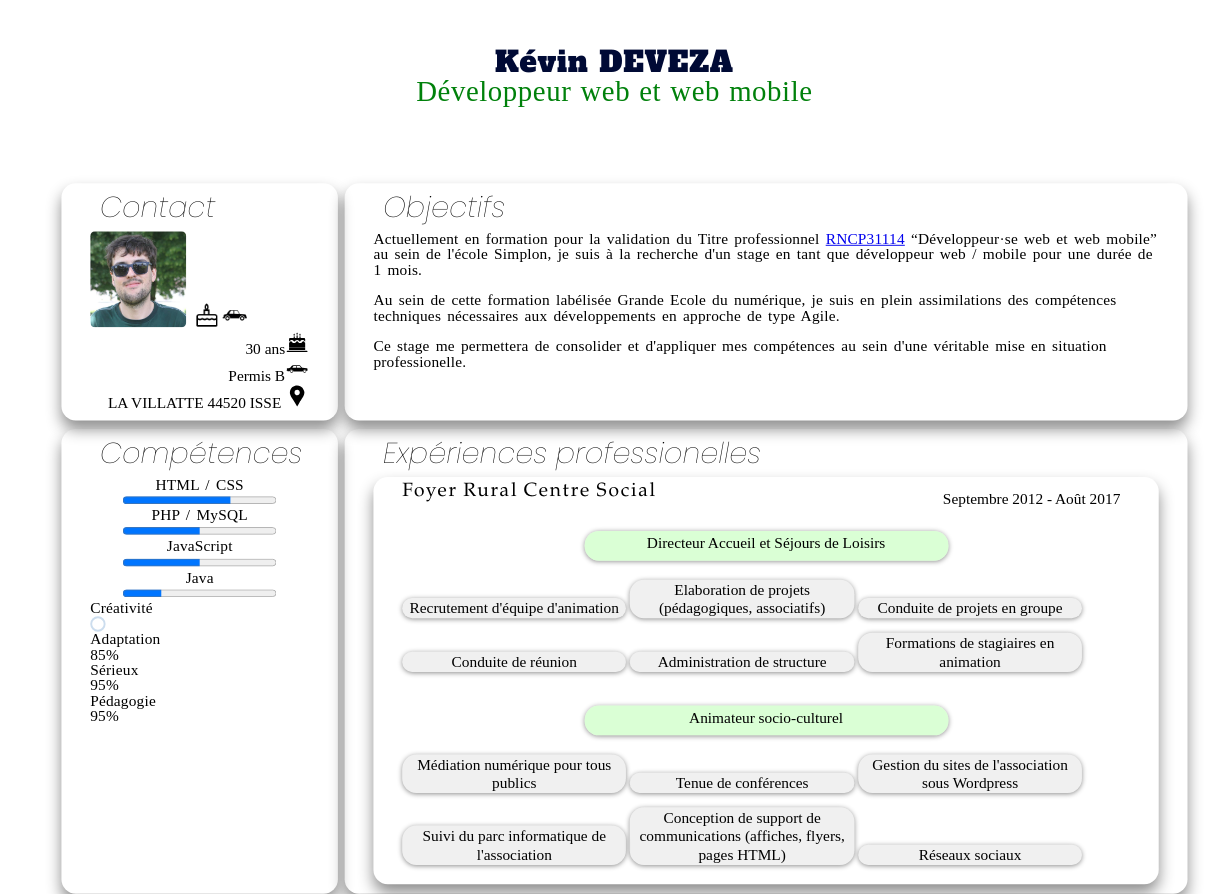
Repository: KevinDvZ/kevindvz.github.io
Page: index.html
The author's editor kept a copy of each file at every save. The page is drawn from the files as they stood at one save, then again after the next save.
The browser window is 1280 px wide. The pictures show the whole page, at 96% of full size.

Above is the page before, as saved 2020-10-31 16:33:48.

### index.html
<!DOCTYPE html>
<html>
    <!--HEADER-->
<head>
    <title id="nomprenom">DEVEZA Kevin - Développeur Web et Web mobile.</title>
        <meta charset="utf-8" />
        <meta name="description" contents="CV de Kévin DEVEZA, développeur web  et web mobile junior."/>
        <link rel="stylesheet" href="css/cv_deveza.css" />
        <link rel="stylesheet" href="css/reset.css"/>
        <link href="https://fonts.googleapis.com/css2?family=Alfa+Slab+One&display=swap" rel="stylesheet">
        <link href="https://fonts.googleapis.com/css2?family=Abril+Fatface&display=swap" rel="stylesheet">
        <link href="https://fonts.googleapis.com/css2?family=Poppins:ital,wght@1,100&display=swap" rel="stylesheet">
        <meta name="viewport" content="width=device-width, initial-scale=1.0">    </head>

<body>

<header>

    <div class="text-center">
         <h1 id="nomprenom">Kévin DEVEZA</h1>
         <p id="metier">Développeur web et web mobile</p>
    </div>
</header>

<nav>
        <a class="menu" href="#intro">Objectif</a>
        <a class="menu" href="#experience">Expérience professionelles</a>
        <a class="menu" href="#langages">Compétences en développement</a>
        <a class="menu" href="#formations">Formations</a>
        <a class="menu" href="#interets">Centres d'intérêt</a>
        <a class="menu" href="#contact">Contact</a>
</nav>

<main>

<div class="cadre" id="cadre-obj">
        <h2 class="entete">Objectifs</h2>

    <p class="p-center"><p>Actuellement en formation pour la validation du Titre professionnel <a href="https://www.francecompetences.fr/recherche/rncp/31114/" target="_blank" rel="noopener">RNCP31114</a> <em>&ldquo;D&eacute;veloppeur&middot;se web et web mobile&rdquo;</em> au sein de l'&eacute;cole <em>Simplon</em>, je suis &agrave; la recherche d'un stage en tant que d&eacute;veloppeur web / mobile pour une dur&eacute;e de<em> 1 mois.</em><em></em></p>
    <p></p><br>
    <p>Au sein de cette formation lab&eacute;lis&eacute;e Grande Ecole du num&eacute;rique, je suis en plein assimilations des comp&eacute;tences techniques n&eacute;cessaires aux d&eacute;veloppements en approche de type Agile.</p>
    <p></p><br>
    <p>Ce stage me permettera de consolider et d'appliquer mes comp&eacute;tences au sein d'une v&eacute;ritable mise en situation professionelle.</p>
    <p></p></p>
</div>

<div id="cadre-contact" class="cadre">
          <h2 class="entete">Contact</h2>
      <img src="assets/img/solaire_cv.jpg" alt="image_profil" class="img">
      <img src="assets/icones/birthday_cake.png" alt="" class="icone">
      <img src="assets/icones/car.png" alt="" class="icone">
      <ul class="contact-liste">
        <li>30 ans<img src="assets/icones/birthday-cake.svg" class="icone"></li>
        <li>Permis B<img src="assets/icones/car.svg" alt="" class="icone"></li>
        <li>LA VILLATTE 44520 ISSE <img src="assets/icones/map.svg" class="icone"></li>
     </ul>
    </div>

<div class="cadre" id="skills">
    <h2 class="entete">Compétences</h2>
                    <div class="cadre-jauges">

        <p>HTML / CSS<p>
        <progress id="file" max="100" value="70"> 70% </progress>
        <p>PHP / MySQL</p>
        <progress id="file" max="100" value="50"> 50% </progress>
        <p>JavaScript</p>
        <progress id="file" max="100" value="50"> 30% </progress>
        <p>Java<p>
        <progress id="file" max="100" value="25"> 25% </progress>
</div>
<div id="soft-skills">
    <p>Créativité</p>
    <div class="progress-circle" data-value="38">
        <div class="progress-masque">
            </div>
    </div>
    <p>Adaptation</p>
    <p>85%</p>
    <p>Sérieux</p>
    <p>95%</p>
    <p>Pédagogie</p>
    <p>95%</p>
</div>
    </div>

<div class="cadre" id="cadre-exp">
            <h2 class="entete">Expériences professionelles</h2>

             <div class="cadre" id="experiences">
                <h2 class="entreprise">Foyer Rural Centre Social</h2>
                <h3 class="dates">Septembre 2012 - Août 2017</h3>
                <div class="cadre" >Directeur Accueil et Séjours de Loisirs</div>
                <div class="cadre" id="competences_exp">Recrutement d'équipe d'animation</div>
                <div class="cadre" id="competences_exp">Elaboration de projets (pédagogiques, associatifs)</div>
                <div class="cadre" id="competences_exp">Conduite de projets en groupe</div>
                <div class="cadre" id="competences_exp">Conduite de réunion</div>
                <div class="cadre" id="competences_exp">Administration de structure</div>
                <div class="cadre" id="competences_exp">Formations de stagiaires en animation</div>

                <div class="cadre" >Animateur socio-culturel</div>
                <div class="cadre" id="competences_exp">Médiation numérique pour tous publics</div>
                <div class="cadre" id="competences_exp">Tenue de conférences</div>
                <div class="cadre" id="competences_exp">Gestion du sites de l'association sous Wordpress</div>
                <div class="cadre" id="competences_exp">Suivi du parc informatique de l'association</div>
                <div class="cadre" id="competences_exp">Conception de support de communications (affiches, flyers, pages HTML)</div>
                <div class="cadre" id="competences_exp">Réseaux sociaux</div>
            </div>


</div>



</main>
<body>
</html>

### css/cv_deveza.css
header {
  padding: 30px;
  text-align: center;
}

.text-center {
  display: inline-block;
  text-align: center;
  padding: 50px;
}

#nomprenom {
  font-family: "Alfa Slab One", cursive;
  font-size: 30px;
  letter-spacing: 0.8px;
  word-spacing: 1.4px;
  color: #000a35;
}

#metier {
  font-size: 30px;
  letter-spacing: 0.6px;
  word-spacing: 1.4px;
  color: #00810b;
  margin-bottom: auto;
}

nav {
  visibility: hidden;
  display: inline-block;
  text-align: center;
  width: 100%;
  margin-bottom: 30px;
}
p {
  font-family: Georgia, serif;
  font-size: 14px;
  letter-spacing: 0.2px;
  word-spacing: 2.2px;
  color: #000000;
  font-weight: 400;
  text-decoration: rgb(68, 68, 68);
  font-style: normal;
  font-variant: normal;
  text-transform: none;
}

.pcenter {
  text-align: center;
}
.menu {
  margin: 3px 3px 3px 3px;
}

body {
  background: rgb(255, 255, 255);
}

main {
  margin-top: 50px;
  display: grid;
  gap: 9px 7px;
  height: auto;
  margin: 15px 5% auto 5%;
  grid-template-columns: repeat(4, 25%);
  grid-template-rows: auto;
  grid-template-areas:
    "contact obj obj obj"
    "skills exp exp exp";
}

#cadre-obj {
  grid-area: obj;
  z-index: -5;
}

.entreprise {
  font-family: "Palatino Linotype", "Book Antiqua", Palatino, serif;
  font-size: 20px;
  letter-spacing: 1.8px;
  word-spacing: -1px;
  color: #000000;
  font-weight: 1;
  text-decoration: none;
  font-style: normal;
  font-variant: normal;
  text-transform: none;
}
h3 {
  text-align: right;
}

#cadre-contact {
  grid-area: contact;
  z-index: -50;
}

#cadre-exp {
  grid-area: exp;
  z-index: 100;
}

.img {
  max-height: 100px;
  min-height: 60px;
  width: auto;
  margin-right: 5px;
  border-radius: 5px;
}

.contact-liste li {
  list-style-type: none;
  text-align: right;
  position: inline;
}

.entete {
  font-family: "Abril Fatface", cursive;
  font-size: 30px;
  display: block;
  font-family: "Poppins", sans-serif;
  margin: 5px auto 10px 10px;
}

.cadre {
  box-shadow: 0 9px 15px rgba(0, 0, 0, 0.45);
  display: block;
  padding: 5px 30px 10px 30px;
  border-radius: 15px;
}

#skills {
  grid-area: skills;
  z-index: 2;
}

.cadre-jauges {
  text-align: center;
  display: block;
  position: relative;
}
.icone {
  width: 25px;
  position: inherit;
  top: 5px;
  left: 5px;
}

.progress-circle {
  position: inline; /* pour servir de référent */
  box-sizing: border-box; /* prise en compte bordure dans la dimension */
  font-size: 1em; /* pour définir les dimensions */
  width: 1em; /* fixe la largeur */
  height: 1em; /* fixe la hauteur */
  border-radius: 100%; /* rendu aspect circulaire */
  border: 0.15em solid #cde; /* couleur de fond de l'anneau */
  background-color: rgba(
    255,
    255,
    255,
    0
  ); /* couleur de fond de la progress bar */
}

.progress-masque {
  display: block;
}

#experiences .cadre {
  display: block;
  box-shadow: 0 1px 5px rgba(0, 0, 0, 0.45);
  background-color: #bfffb794;
  margin: 25px 25% 15px 25%;
  text-align: center;
}

#experiences .dates {
  margin: -10px 10px 10px 10px;
}
.cadre #competences_exp {
  display: inline-block;
  width: 30%;
  line-height: 120%;
  padding: 1px 3px 1px 3px;
  margin: 5px auto 10px auto;
  text-align: center;
  background-color: rgba(197, 197, 197, 0.253);
}

Loaded but not shown: css/reset.css (common file)

After the next save:
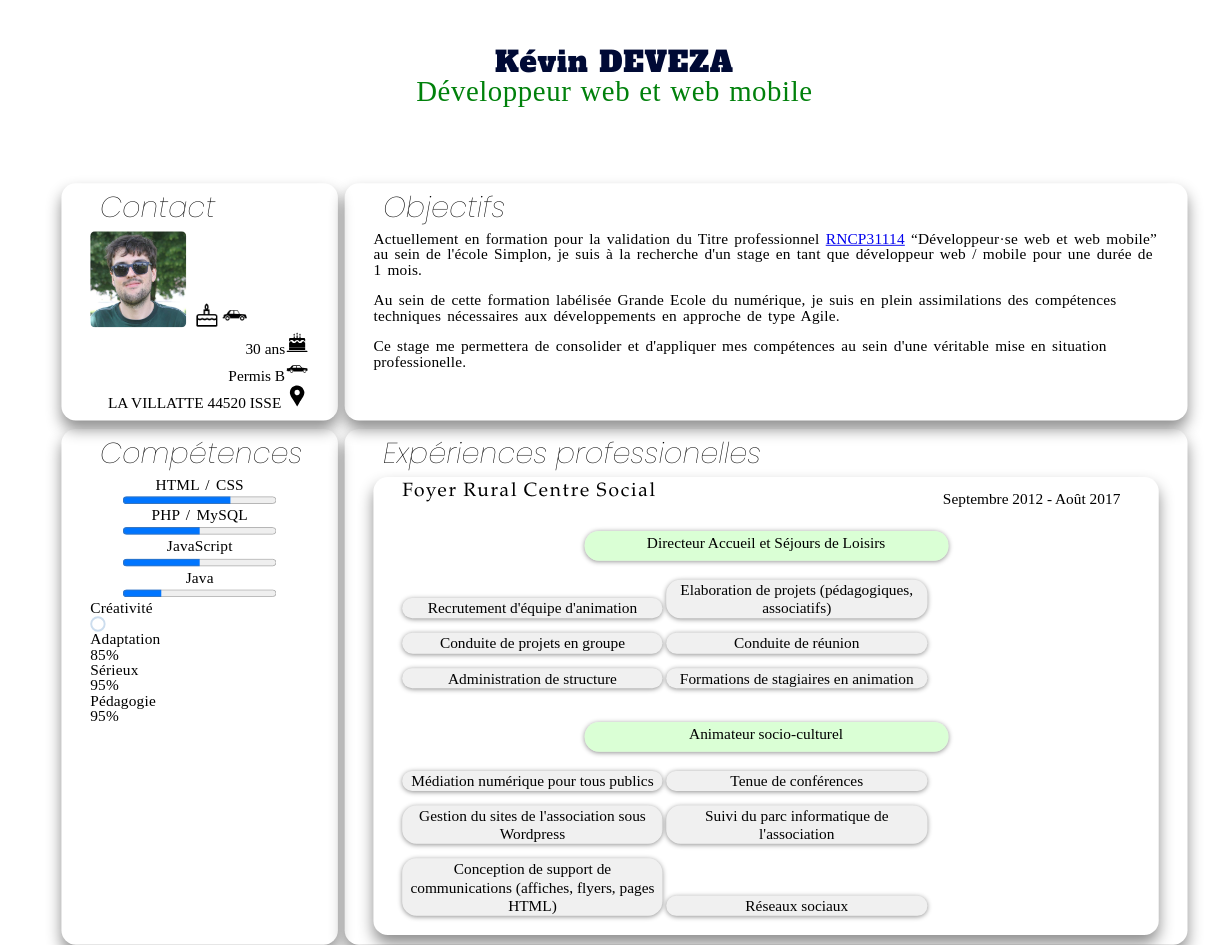
Saved 5 s later.
--- a/css/cv_deveza.css
+++ b/css/cv_deveza.css
@@ -179,7 +179,7 @@
 }
 .cadre #competences_exp {
   display: inline-block;
-  width: 30%;
+  width: 35%;
   line-height: 120%;
   padding: 1px 3px 1px 3px;
   margin: 5px auto 10px auto;

After the save that followed:
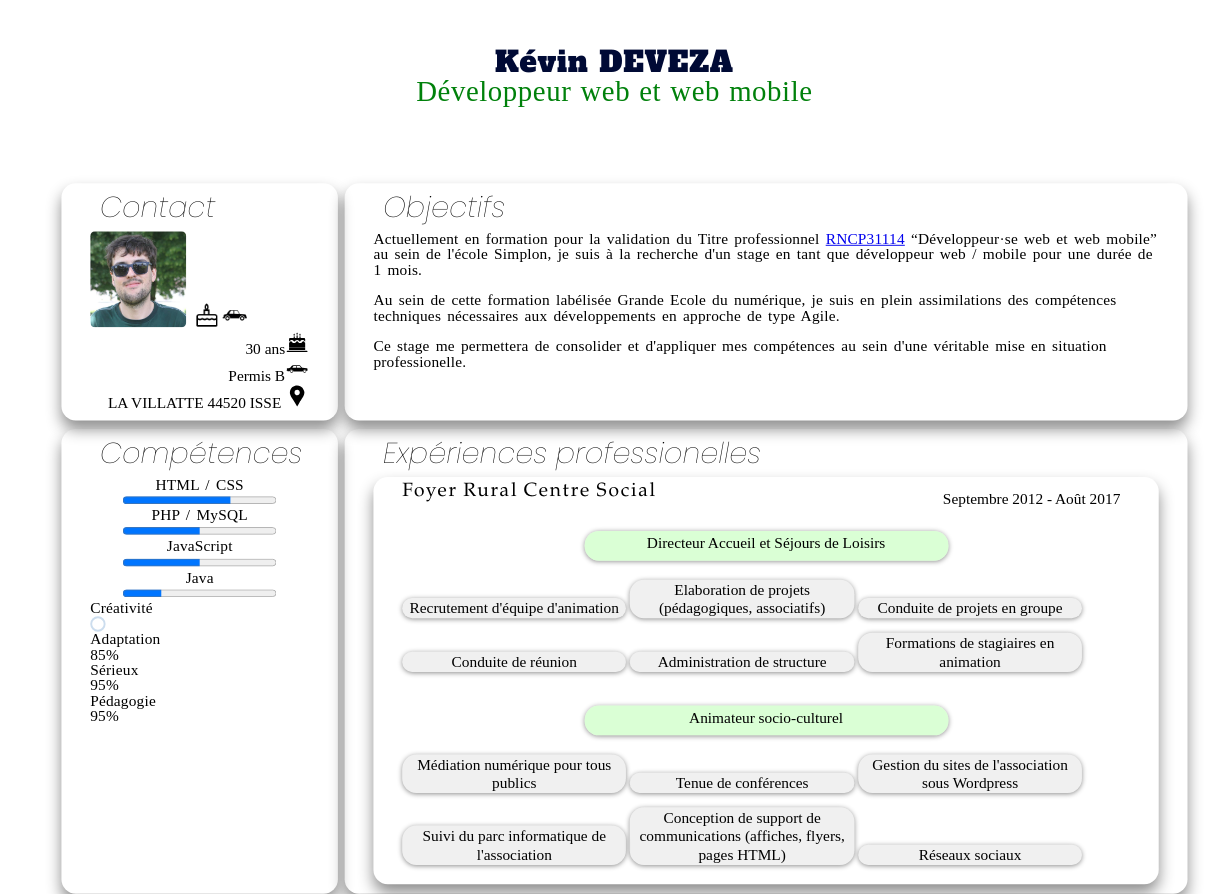
Saved 8 s later.
--- a/css/cv_deveza.css
+++ b/css/cv_deveza.css
@@ -179,7 +179,7 @@
 }
 .cadre #competences_exp {
   display: inline-block;
-  width: 35%;
+  width: 30%;
   line-height: 120%;
   padding: 1px 3px 1px 3px;
   margin: 5px auto 10px auto;
